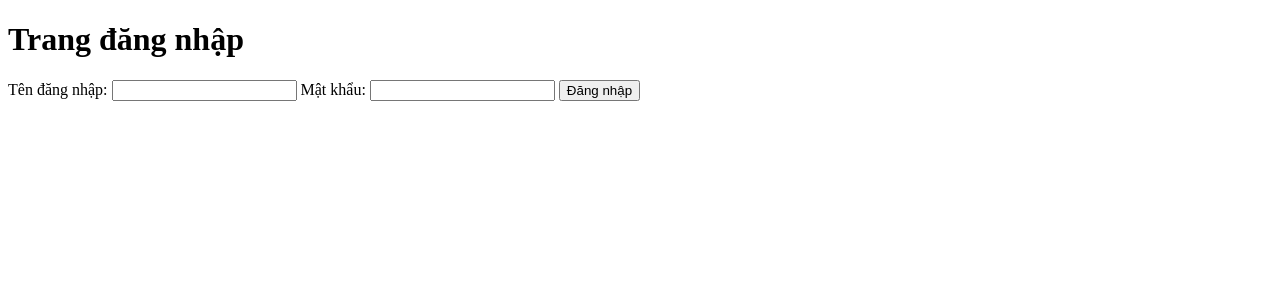
Repository: vule2809/LTW-20146307
Page: Banxemay_nhom10/src/main/webapp/index.html
These files come from the project's save history. The page is drawn as it stood at one moment and after the next save; the edit follows.
The browser window is 1280 px wide. The pictures show the whole page.

Above is the page before, as saved 2023-12-10 11:11:48.

### Banxemay_nhom10/src/main/webapp/index.html
<!DOCTYPE html>
<html>

<head>
	<meta charset="UTF-8">
	<title> XE MÁY CŨ</title>
</head>

<body>

	<header>

	</header>

	<main>

		<h1>Trang đăng nhập</h1>
		<form>
			<label for="username">Tên đăng nhập:</label>
			<input type="text" id="username" name="username">

			<label for="password">Mật khẩu:</label>
			<input type="password" id="password" name="password">

			<button type="submit">Đăng nhập</button>
		</form>

	</main>

	<footer>


	</footer>

</body>

</html>

After the next save:
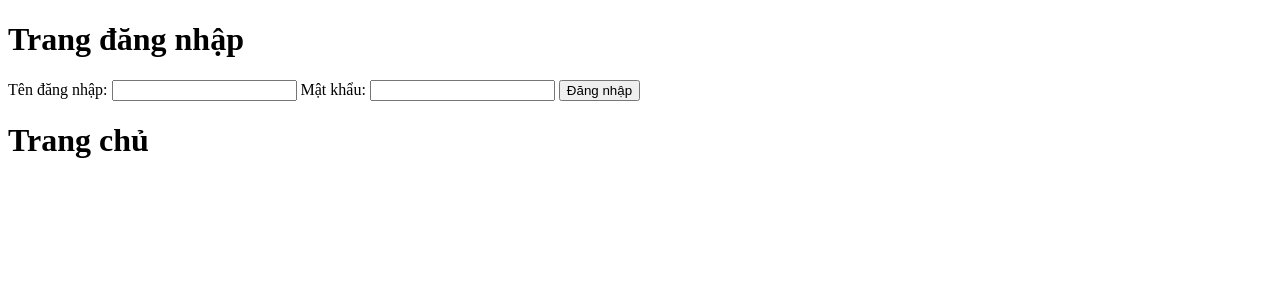
Saved 55 s later.
--- a/Banxemay_nhom10/src/main/webapp/index.html
+++ b/Banxemay_nhom10/src/main/webapp/index.html
@@ -18,12 +18,14 @@
 		<form>
 			<label for="username">Tên đăng nhập:</label>
 			<input type="text" id="username" name="username">
-
 			<label for="password">Mật khẩu:</label>
 			<input type="password" id="password" name="password">
-
 			<button type="submit">Đăng nhập</button>
 		</form>
+
+		<h1>Trang chủ</h1>
+		<!-- Thêm nội dung cho trang chủ -->
+
 
 	</main>
 
